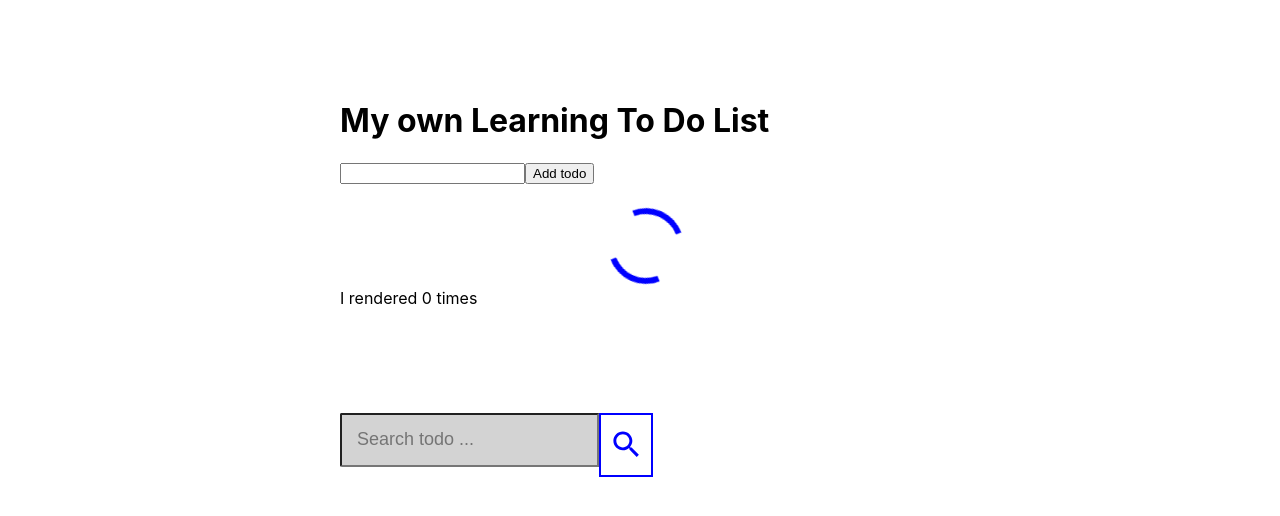
Repository: ArusyakAghajanyan/To-Do
Page: /
These files come from the project's save history. The page is drawn as it stood at one moment and after the next save; the edit follows.
The browser window is 1280 px wide. The pictures show the whole page.
The page's requests for data from a server got no answer. The project was rebuilt for these pictures with package versions that can differ from the ones it lists, and the page was loaded fresh each time. No one was signed in, and anything a server would have sent is missing. Also part of the build but not shown: src/Todo/TodoItem.js, src/Todo/TodoList.js.

Above is the page before, as saved 2022-03-11 02:16:08.

### src/index.css
body {
  margin: 0;
  font-family: -apple-system, BlinkMacSystemFont, 'Segoe UI', 'Roboto', 'Oxygen',
    'Ubuntu', 'Cantarell', 'Fira Sans', 'Droid Sans', 'Helvetica Neue',
    sans-serif;
  -webkit-font-smoothing: antialiased;
  -moz-osx-font-smoothing: grayscale;
}

code {
  font-family: source-code-pro, Menlo, Monaco, Consolas, 'Courier New',
    monospace;
}
.wrapper {
  padding-top: 5rem;
  margin: 0 auto;
  width: 600px;
}
.rm {
  background: red;
  border-radius: 50%;
  color:#fff;
  border: none;
}

.done {
  text-decoration: line-through;
}

.lds-dual-ring {
  display: inline-block;
  width: 80px;
  height: 80px;
}

.lds-dual-ring:after {
  content: " ";
  display: block;
  width: 64px;
  height: 64px;
  margin: 8px;
  border-radius: 50%;
  border: 6px solid blue;
  border-color: blue transparent blue transparent;
  animation: lds-dual-ring 1.2s linear infinite;
}
@keyframes lds-dual-ring {
  0% {
    transform: rotate(0deg);
  }
  100% {
    transform: rotate(360deg);
  }
}

### src/App.js
import React, { useEffect, useRef } from 'react'
import TodoList from './Todo/TodoList'
import Context from './context'
import Loader from './Loader'
import SearchBar from './Search/SearchBar'

const AddTodo = React.lazy(
  () =>
  new Promise(resolve => {
    setTimeout(() => {
      resolve(import('./Todo/AddTodo'))
    }, 3000)
  })
  )

function App() {
  const [todos, setTodos] = React.useState([])
    // { id: 1, completed: false, title: 'Learn HTML, CSS'},
    // { id: 2, completed: true, title: 'Learn Js'},
    // { id: 3, completed: false, title: 'Learn React'},
    // { id: 4, completed: false, title: 'Learn Java'}
  const [loading, setLoading] = React.useState(true)
  const renderCount = useRef(0)

  useEffect(() => {
    renderCount.current = renderCount.current + 1
  })


useEffect(() => {
  fetch('https://jsonplaceholder.typicode.com/todos?_limit=5')
    .then(response => response.json())
    .then(todos => {
      setTimeout(() => {
        setTodos(todos)
        setLoading(false)
      }, 2000)
    })
}, [])

  function toggleTodo(id){
    setTodos(
    todos.map(todo => {
    if (todo.id === id) {
      todo.completed = !todo.completed
    }
    return todo
    })
    )
  }

  function removeTodo(id){
   setTodos(todos.filter(todo => todo.id !== id))
  }

  function addTodo(title) {
    setTodos(todos.concat([{
      title,
      id: Date.now(),
      completed: false
    }]))
  }
  return (
    <Context.Provider value={{ removeTodo }}>
    <div className='wrapper'>
      <h1>My own Learning To Do List</h1>
      <React.Suspense fallback={<p>Loading...</p>}>

      <AddTodo onCreate={addTodo} />
      </React.Suspense>
      {loading && <Loader />}
      {todos.length ? (
      <TodoList todos={todos} onToggle={toggleTodo} />
      ) : loading ? null : (
        <p>No todos!</p>
       )}
       <div> I rendered {renderCount.current} times </div>
       <div >
      <SearchBar placeholder="Search todo ..." data={todos} />
    </div>

    </div>
    </Context.Provider>

  )
}

export default App

// className="App"

### src/Loader.js
import React from 'react'

export default () => <div style={{display: 'flex', justifyContent: 'center', margin: '.5rem' }}>
    <div className="lds-dual-ring" /></div>

### src/Search/SearchBar.js
import React, { useState } from "react";
import "./SearchBar.css";
import SearchIcon from '@mui/icons-material/Search';
import CloseIcon from '@mui/icons-material/Close';

function SearchBar({ placeholder, data }) {
  const [filteredData, setFilteredData] = useState([]);
  const [wordEntered, setWordEntered] = useState("");

  const handleFilter = (event) => {
    const searchWord = event.target.value;
    setWordEntered(searchWord);
    const newFilter = data.filter((value) => {
      return value.title.toLowerCase().includes(searchWord.toLowerCase());
    });

    if (searchWord === "") {
      setFilteredData([]);
    } else {
      setFilteredData(newFilter);
    }
  };

  const clearInput = () => {
    setFilteredData([]);
    setWordEntered("");
  };

  return (
    <div className="search">
      <div className="searchInputs">
        <input
          type="text"
          placeholder={placeholder}
          value={wordEntered}
          onChange={handleFilter}

        />
        <div className="searchIcon">
          {filteredData.length === 0 ? (
            <SearchIcon />
          ) : (
            <CloseIcon id="clearBtn" onClick={clearInput} />
          )}
        </div>
      </div>
      {filteredData.length != 0 && (
        <div className="dataResult">
          {filteredData.slice(0, 15).map((value, key) => {
            return (
              <a className="dataItem" href={value.link} target="_blank">
                <p>{value.title} </p>
              </a>
            );
          })}
        </div>
      )}
    </div>
  );

}

export default SearchBar;

### src/Todo/AddTodo.js
import React, { useState } from "react";
import PropTypes from "prop-types";

function useInputValue(defaultValue = " ") {
  const [value, setValue] = useState(defaultValue);
  return {
    bind: {
      value,
      onChange: (event) => setValue(event.target.value),
    },
    clear: () => setValue(""),
    value: () => value,
  };
}

function AddTodo({ onCreate }) {
  const input = useInputValue(" ");

  function submitHandler(event) {
    event.preventDefault();

    if (input.value().trim()) {
      onCreate(input.value());
      input.clear();
    }
  }

  return (
    <form style={{ marginBottom: "1rem" }} onSubmit={submitHandler}>
      <input {...input.bind} />
      <button type="submit">Add todo</button>
    </form>
  );
}

AddTodo.propTypes = {
  onCreate: PropTypes.func.isRequired,
};

export default AddTodo;

### src/Search/SearchBar.css
.searchInputs {
    margin-top: 105px;
    display: flex;
  }

  .search input{
    background-color: lightgray;
    /* border: 2px solid gray; */
    border-radius: 2px;
    border-top-right-radius: 0px;
    border-bottom-right-radius: 0px;
    font-size: 18px;
    padding: 15px;
    height: 20px;
    width: 225px;
  }

  .searchIcon {
    border: 2px solid blue;
    height: 60px;
    width: 50px;
    background-color: white;
    display: grid;
    place-items: center;
    color: blue;
  }

  input:focus {
    outline: none;
  }
  .searchIcon svg {
    font-size: 35px;
  }

  .dataResult {
    margin-top: 0px;
    width: 300px;
    height: 200px;
    background-color: lightgray;
    box-shadow: rgba(0, 0, 0, 0.35) 0px 5px 15px;
    overflow: hidden;
    overflow-y: auto;
  }

  .dataResult::-webkit-scrollbar {
    display: none;
  }

  .dataResult .dataItem {
    width: 100%;
    height: 50px;
    display: flex;
    align-items: center;
    color: black;
  }

  .dataItem p {
    margin-left: 10px;
  }
  a {
    text-decoration: none;
  }

  a:hover {
    background-color: lightgrey;
  }

  #clearBtn {
    cursor: pointer;
  }

Loaded but not shown: public/index.html (common file); src/index.js (common file); src/reportWebVitals.js (common file); src/context.js (common file)

After the next save:
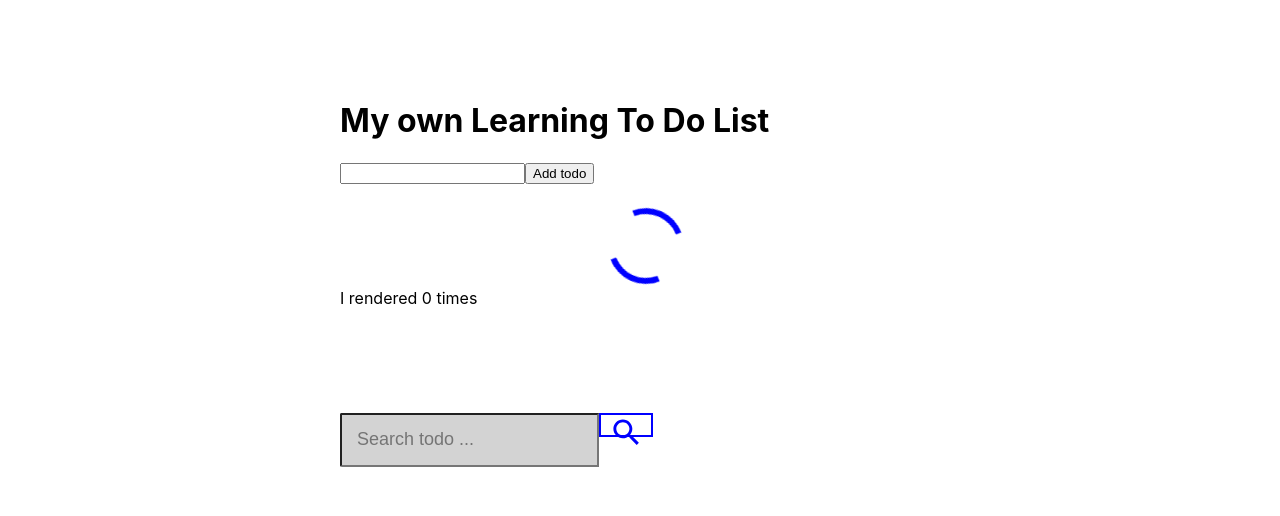
Saved 13 s later.
--- a/src/Search/SearchBar.css
+++ b/src/Search/SearchBar.css
@@ -17,7 +17,7 @@
 
   .searchIcon {
     border: 2px solid blue;
-    height: 60px;
+    height: 20px;
     width: 50px;
     background-color: white;
     display: grid;
